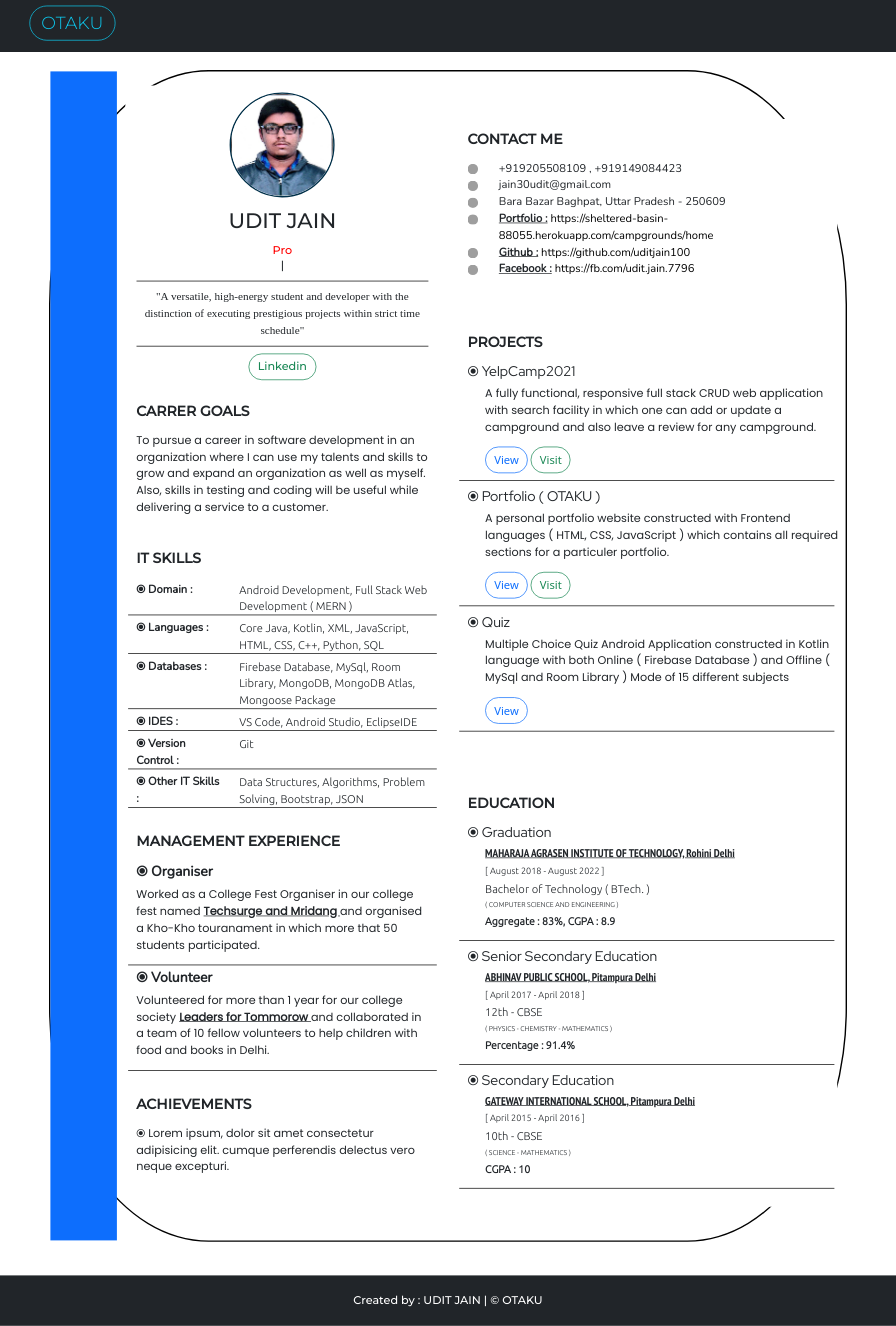
Repository: uditjain100/Responsive-Resume
Page: layouts/index.html
The author's editor kept a copy of each file at every save. The page is drawn from the files as they stood at one save, then again after the next save.
The browser window is 1280 px wide. The pictures show the whole page, at 70% of full size.
Pictures or frames that could not be fetched are drawn as grey boxes. Some web fonts or font styles are not loaded; a fallback is used. Some web libraries are served in a nearby version.

Above is the page before, as saved 2021-03-01 20:53:47.

### layouts/index.html
<!DOCTYPE html>
<html lang="en">
  <head>
    <meta charset="UTF-8" />
    <meta http-equiv="X-UA-Compatible" content="IE=edge" />
    <meta name="viewport" content="width=device-width, initial-scale=1.0" />
    <title>Udit Jain</title>
    <link rel="stylesheet" href="app.css" />
    <link
      href="https://cdn.jsdelivr.net/npm/bootstrap@5.0.0-beta1/dist/css/bootstrap.min.css"
      rel="stylesheet"
      integrity="sha384-giJF6kkoqNQ00vy+HMDP7azOuL0xtbfIcaT9wjKHr8RbDVddVHyTfAAsrekwKmP1"
      crossorigin="anonymous"
    />

    <link rel="preconnect" href="https://fonts.gstatic.com" />
    <link
      href="https://fonts.googleapis.com/css2?family=Montserrat:wght@300;500&display=swap"
      rel="stylesheet"
    />
    <link
      href="https://fonts.googleapis.com/css2?family=Roboto+Slab:wght@300&display=swap"
      rel="stylesheet"
    />
    <link
      href="https://fonts.googleapis.com/css2?family=Spartan:wght@500&display=swap"
      rel="stylesheet"
    />
    <link
      href="https://fonts.googleapis.com/css2?family=Red+Hat+Display&display=swap"
      rel="stylesheet"
    />
    <link
      href="https://fonts.googleapis.com/css2?family=Ubuntu:wght@300&display=swap"
      rel="stylesheet"
    />
    <link
      href="https://fonts.googleapis.com/css2?family=Quicksand:wght@700&display=swap"
      rel="stylesheet"
    />
    <link
      href="https://fonts.googleapis.com/css2?family=Nunito&display=swap"
      rel="stylesheet"
    />
    <link
      href="https://fonts.googleapis.com/css2?family=Akaya+Kanadaka&display=swap"
      rel="stylesheet"
    />
    <link
      href="https://fonts.googleapis.com/css2?family=Akaya+Kanadaka&family=PT+Sans+Narrow:wght@700&display=swap"
      rel="stylesheet"
    />
    <link
      href="https://fonts.googleapis.com/css2?family=Poppins:wght@400&display=swap"
      rel="stylesheet"
    />
  </head>
  <body>
    <header class="header">
      <nav class="navbar navbar-expand-lg navbar-light bg-dark pb-3 fixed-top">
        <div class="container-fluid">
          <a
            id="navtitle"
            class="navbar-brand text-info px-3 rounded-pill border border-info"
            href="#"
            >OTAKU</a
          >
        </div>
      </nav>
    </header>

    <div class="container">
      <div id="wholewindow" class="row">
        <div class="col-1 bg-primary"></div>
        <div id="leftwindow" class="col-5">
          <div id="namebox" style="border: none" class="card">
            <img
              id="profileimg"
              src="profile.jpg"
              class="card-img-top"
              alt="..."
            />
            <div class="card-body">
              <h3 class="card-title" style="font-size: 30px; font-weight: 400">
                UDIT JAIN
              </h3>
              <h6 class="card-subtitle mx-auto"></h6>
              <p id="summary">
                "A versatile, high-energy student and developer with the
                distinction of executing prestigious projects within strict time
                schedule"
              </p>
              <a
                href="https://linkedin.com/in/udit-jain-8a38a016a/"
                class="btn btn-outline-success rounded-pill"
                >Linkedin</a
              >
            </div>
          </div>
          <div id="goalbox" style="border: none" class="card">
            <div class="card-body">
              <h3 class="card-title">CARRER GOALS</h3>
              <p>
                To pursue a career in software development in an organization
                where I can use my talents and skills to grow and expand an
                organization as well as myself. Also, skills in testing and
                coding will be useful while delivering a service to a customer.
              </p>
            </div>
          </div>
          <div id="itskillsbox" style="border: none" class="card">
            <div class="card-body">
              <h3 class="card-title">IT SKILLS</h3>
              <ul class="list-group">
                <li id="itskillsitem" class="row">
                  <span class="col-4" id="que">⦿ Domain : </span>
                  <span class="col-8" id="ans"
                    >Android Development, Full Stack Web Development ( MERN
                    )</span
                  >
                </li>
                <li id="itskillsitem" class="row">
                  <span class="col-4" id="que">⦿ Languages : </span>
                  <span class="col-8" id="ans"
                    >Core Java, Kotlin, XML, JavaScript, HTML, CSS, C++, Python,
                    SQL</span
                  >
                </li>
                <li id="itskillsitem" class="row">
                  <span class="col-4" id="que">⦿ Databases : </span>
                  <span class="col-8" id="ans"
                    >Firebase Database, MySql, Room Library, MongoDB, MongoDB
                    Atlas, Mongoose Package</span
                  >
                </li>
                <li id="itskillsitem" class="row">
                  <span class="col-4" id="que">⦿ IDES : </span>
                  <span class="col-8" id="ans"
                    >VS Code, Android Studio, EclipseIDE</span
                  >
                </li>
                <li id="itskillsitem" class="row">
                  <span class="col-4" id="que">⦿ Version Control : </span>
                  <span class="col-8" id="ans">Git</span>
                </li>
                <li id="itskillsitem" class="row">
                  <span class="col-4" id="que">⦿ Other IT Skills : </span>
                  <span class="col-8" id="ans"
                    >Data Structures, Algorithms, Problem Solving, Bootstrap,
                    JSON</span
                  >
                </li>
              </ul>
            </div>
          </div>
          <div id="managementskillsbox" style="border: none" class="card">
            <div class="card-body">
              <h3 class="card-title">MANAGEMENT EXPERIENCE</h3>
              <ul class="list-group">
                <li id="managementskillsitem" class="row">
                  <h5 id="que" class="display-10">⦿ Organiser</h5>
                  <p>
                    Worked as a College Fest Organiser in our college fest named
                    <span style="font-weight: 700; text-decoration: underline"
                      >Techsurge and Mridang
                    </span>
                    and organised a Kho-Kho touranament in which more that 50
                    students participated.
                  </p>
                </li>
                <li id="managementskillsitem" class="row">
                  <h5 id="que" class="display-10">⦿ Volunteer</h5>
                  <p>
                    Volunteered for more than 1 year for our college society
                    <span style="font-weight: 700; text-decoration: underline"
                      >Leaders for Tommorow </span
                    >and collaborated in a team of 10 fellow volunteers to help
                    children with food and books in Delhi.
                  </p>
                </li>
              </ul>
            </div>
          </div>
          <div id="achievementsbox" style="border: none" class="card">
            <div class="card-body">
              <h3 class="card-title">ACHIEVEMENTS</h3>
              <ul class="list-group">
                <li id="achievementitem" class="row">
                  <p>
                    ⦿ Lorem ipsum, dolor sit amet consectetur adipisicing elit.
                    cumque perferendis delectus vero neque excepturi.
                  </p>
                </li>
              </ul>
            </div>
          </div>
        </div>
        <div id="rightwindow" class="col-6">
          <div id="contactbox" style="border: none" class="card my-5">
            <div class="card-body">
              <h3 class="card-title">CONTACT ME</h3>
              <ul class="list-group">
                <li id="contactitem" class="row">
                  <div class="col-1">
                    <img
                      src="https://cdn.jsdelivr.net/npm/simple-icons@3.0.1/icons/android.svg"
                      alt=""
                    />
                  </div>
                  <div class="col-11">+919205508109 , +919149084423</div>
                </li>
                <li id="contactitem" class="row">
                  <div class="col-1">
                    <img
                      src="https://cdn.jsdelivr.net/npm/simple-icons@3.0.1/icons/gmail.svg"
                      alt=""
                    />
                  </div>
                  <div class="col-11">jain30udit@gmail.com</div>
                </li>
                <li id="contactitem" class="row">
                  <div class="col-1">
                    <img
                      src="https://cdn.jsdelivr.net/npm/simple-icons@3.0.1/icons/googlemaps.svg"
                      alt=""
                    />
                  </div>
                  <div class="col-11">
                    Bara Bazar Baghpat, Uttar Pradesh - 250609
                  </div>
                </li>
                <li id="contactitem" class="row">
                  <div class="col-1">
                    <img
                      src="https://cdn.jsdelivr.net/npm/simple-icons@4.13.0/icons/webpack.svg"
                      alt=""
                    />
                  </div>
                  <div style="text-align: left; margin-left: 0" class="col-11">
                    <span style="text-decoration: underline; font-weight: 800"
                      >Portfolio :</span
                    >
                    <a
                      href="https://sheltered-basin-88055.herokuapp.com/campgrounds/home"
                      ><span
                        >https://sheltered-basin-88055.herokuapp.com/campgrounds/home</span
                      ></a
                    >
                  </div>
                </li>
                <li id="contactitem" class="row">
                  <div class="col-1">
                    <img
                      src="https://cdn.jsdelivr.net/npm/simple-icons@4.13.0/icons/github.svg"
                      alt=""
                    />
                  </div>
                  <div style="text-align: left; margin-left: 0" class="col-11">
                    <span style="text-decoration: underline; font-weight: 800"
                      >Github :</span
                    >
                    <a href="https://github.com/uditjain100"
                      ><span>https://github.com/uditjain100</span></a
                    >
                  </div>
                </li>
                <li id="contactitem" class="row">
                  <div class="col-1">
                    <img
                      src="https://cdn.jsdelivr.net/npm/simple-icons@4.13.0/icons/facebook.svg"
                      alt=""
                    />
                  </div>
                  <div style="text-align: left; margin-left: 0" class="col-11">
                    <span style="text-decoration: underline; font-weight: 800"
                      >Facebook :</span
                    >
                    <a href="https://fb.com/udit.jain.7796"
                      ><span>https://fb.com/udit.jain.7796</span></a
                    >
                  </div>
                </li>
              </ul>
            </div>
          </div>
          <div id="projectbox" style="border: none" class="card my-5">
            <div class="card-body">
              <h3 class="card-title">PROJECTS</h3>
              <ul class="list-group">
                <li id="projectitem" class="row">
                  <h5 id="projecttitle" class="display-10">⦿ YelpCamp2021</h5>
                  <div id="projectdetails">
                    <p>
                      A fully functional, responsive full stack CRUD web
                      application with search facility in which one can add or
                      update a campground and also leave a review for any
                      campground.
                    </p>
                    <span>
                      <a href="" class="btn btn-outline-primary rounded-pill"
                        >View</a
                      >
                      <a href="" class="btn btn-outline-success rounded-pill"
                        >Visit</a
                      >
                    </span>
                  </div>
                </li>
                <li id="projectitem" class="row">
                  <h5 id="projecttitle" class="display-10">
                    ⦿ Portfolio ( OTAKU )
                  </h5>
                  <div id="projectdetails">
                    <p>
                      A personal portfolio website constructed with Frontend
                      languages ( HTML, CSS, JavaScript ) which contains all
                      required sections for a particuler portfolio.
                    </p>
                    <span>
                      <a
                        href="https://github.com/uditjain100/YelpCamp2021"
                        class="btn btn-outline-primary rounded-pill"
                        >View</a
                      >
                      <a
                        href="https://sheltered-basin-88055.herokuapp.com/campgrounds/home"
                        class="btn btn-outline-success rounded-pill"
                        >Visit</a
                      >
                    </span>
                  </div>
                </li>
                <li id="projectitem" class="row">
                  <h5 id="projecttitle" class="display-10">⦿ Quiz</h5>
                  <div id="projectdetails">
                    <p>
                      Multiple Choice Quiz Android Application constructed in
                      Kotlin language with both Online ( Firebase Database ) and
                      Offline ( MySql and Room Library ) Mode of 15 different
                      subjects
                    </p>
                    <span>
                      <a
                        href="https://github.com/uditjain100/Quiz"
                        class="btn btn-outline-primary rounded-pill"
                        >View</a
                      >
                    </span>
                  </div>
                </li>
              </ul>
            </div>
          </div>
          <div id="educationbox" style="border: none" class="card my-5">
            <div class="card-body">
              <h3 class="card-title">EDUCATION</h3>
              <ul class="list-group">
                <li id="educationitem" class="row">
                  <h5 id="educationtitle" class="display-10">⦿ Graduation</h5>
                  <div id="details" style="margin-left: 25px">
                    <h6
                      id="institutename"
                      style="font-family: 'PT Sans Narrow'"
                      class="display-12"
                    >
                      MAHARAJA AGRASEN INSTITUTE OF TECHNOLOGY, Rohini Delhi
                    </h6>
                    <h6
                      class="text-fade"
                      id="timestamp"
                      style="font-weight: 400"
                    >
                      [ August 2018 - August 2022 ]
                    </h6>
                    <h6 id="stream">Bachelor of Technology ( BTech. )</h6>
                    <h6 id="subjects">( COMPUTER SCIENCE AND ENGINEERING )</h6>
                    <h6 id="marks">Aggregate : 83%, CGPA : 8.9</h6>
                  </div>
                </li>
                <li id="educationitem" class="row">
                  <h5 id="educationtitle" class="display-10">
                    ⦿ Senior Secondary Education
                  </h5>
                  <div id="details" style="margin-left: 25px">
                    <h6
                      id="institutename"
                      style="font-family: 'PT Sans Narrow'"
                      class="display-12"
                    >
                      ABHINAV PUBLIC SCHOOL, Pitampura Delhi
                    </h6>
                    <h6
                      class="text-fade"
                      id="timestamp"
                      style="font-weight: 400"
                    >
                      [ April 2017 - April 2018 ]
                    </h6>
                    <h6 id="stream">12th - CBSE</h6>
                    <h6 id="subjects">( PHYSICS - CHEMISTRY - MATHEMATICS )</h6>
                    <h6 id="marks">Percentage : 91.4%</h6>
                  </div>
                </li>
                <li id="educationitem" class="row">
                  <h5 id="educationtitle" class="display-10">
                    ⦿ Secondary Education
                  </h5>
                  <div id="details" style="margin-left: 25px">
                    <h6
                      id="institutename"
                      style="font-family: 'PT Sans Narrow'"
                      class="display-12"
                    >
                      GATEWAY INTERNATIONAL SCHOOL, Pitampura Delhi
                    </h6>
                    <h6
                      class="text-fade"
                      id="timestamp"
                      style="font-weight: 400"
                    >
                      [ April 2015 - April 2016 ]
                    </h6>
                    <h6 id="stream">10th - CBSE</h6>
                    <h6 id="subjects">( SCIENCE - MATHEMATICS )</h6>
                    <h6 id="marks">CGPA : 10</h6>
                  </div>
                </li>
              </ul>
            </div>
          </div>
        </div>
      </div>
    </div>

    <footer class="footer bg-dark mt-5 py-4">
      <div class="container">
        <span class="" style="text-align: center"
          >Created by : UDIT JAIN | &copy; OTAKU</span
        >
      </div>
    </footer>

    <script
      src="https://cdn.jsdelivr.net/npm/@popperjs/core@2.6.0/dist/umd/popper.min.js"
      integrity="sha384-KsvD1yqQ1/1+IA7gi3P0tyJcT3vR+NdBTt13hSJ2lnve8agRGXTTyNaBYmCR/Nwi"
      crossorigin="anonymous"
    ></script>
    <script
      src="https://cdn.jsdelivr.net/npm/bootstrap@5.0.0-beta2/dist/js/bootstrap.min.js"
      integrity="sha384-nsg8ua9HAw1y0W1btsyWgBklPnCUAFLuTMS2G72MMONqmOymq585AcH49TLBQObG"
      crossorigin="anonymous"
    ></script>

    <script src="https://cdnjs.cloudflare.com/ajax/libs/typed.js/2.0.11/typed.min.js"></script>

    <script src="app.js"></script>
  </body>
</html>

### layouts/app.css
/* * Common Section */

@keyframes transitionIn {
  from {
    opacity: 0;
    transform: rotateY(-10deg);
  }
  to {
    opacity: 1;
    transform: rotateY(0);
  }
}

html {
  animation: transitionIn 1s;
}

/* * Navbar Section */

#navtitle {
  font-family: "Montserrat";
  font-size: 25px;
  font-weight: 300;
  margin-left: 30px;
}

/*  ********************* resume work */

#wholewindow {
  margin-top: 100px;
  border: 2px black solid;
  border-radius: 20%;
  display: flex;
  flex-direction: row;
  flex-wrap: wrap;
  justify-content: space-evenly;
  /* align-items: center; */
}

#leftwindow,
#rightwindow {
  margin-top: 20px;
  min-width: 300px;
}

#namebox {
  display: flex;
  flex-direction: column;
  flex-wrap: wrap;
  align-items: center;
  text-align: center;
  font-family: "Montserrat";
}

#profileimg {
  width: 150px;
  height: 150px;
  border-radius: 50%;
  border: 2px #003049 solid;
  margin-top: 10px;
}
#summary {
  font-family: "Akaya Kanadaka";
  margin-top: 10px;
  margin-bottom: 10px;
  padding-top: 10px;
  padding-bottom: 10px;

  border-bottom: 1px black solid;
  border-top: 1px black solid;
}

.card-subtitle {
  color: red;
}

#itskillsitem,
#managementskillsitem {
  border-bottom: 1px black solid;
  margin-top: 3px;
  margin-bottom: 3px;
}

#que {
  font-family: "Nunito";
  font-weight: 900;
  text-align: left;
}

#ans {
  font-family: "Ubuntu";
  font-weight: 400;
  text-align: left;
}

li img {
  width: 15px;
  height: 15px;
  border-radius: 50%;
  margin-right: 5px;
}

#contactitem {
  font-family: "Nunito";
}

#contactitem div a {
  color: black;
  text-decoration: none;
  transition: 0.3s;
}

#contactitem div a:hover {
  color: dodgerblue;
  text-decoration: underline;
}

#educationtitle {
  font-family: "Red Hat Display";
  font-weight: 200;
}

#educationitem,
#projectitem {
  margin-bottom: 10px;
  padding-bottom: 10px;
  border-bottom: 1px black solid;
}

#details {
  font-family: "Ubuntu";
}

#institutename {
  text-decoration: underline;
}

#timestamp {
  font-size: 13px;
}

#stream {
  font-size: 16px;
  font-weight: 400;
}

#subjects {
  font-size: 10px;
  font-weight: 300;
}

#marks {
  font-size: 15px;
  font-weight: 700;
}

#projecttitle {
  font-family: "Red Hat Display";
  font-weight: 400;
}

#projectdetails {
  margin-left: 25px;
}

p {
  font-family: "Poppins";
}

.card {
  background-color: black;
}

.card-title {
  font-family: "Montserrat";
  font-weight: 900;
  font-size: 20px;
  padding-bottom: 10px;
  border: none;
}

/* * Common Section */

.footer {
  position: -webkit-sticky;
  left: 0;
  bottom: 0;
  width: 100%;
  color: white;
  text-align: center;
  font-family: "Montserrat";
}

### layouts/app.js
var typed = new Typed(".card-subtitle", {
  strings: ["Student", "Programmer", "Developer", "Engineer"],
  typeSpeed: 100,
  backSpeed: 60,
  loop: true,
});

After the next save:
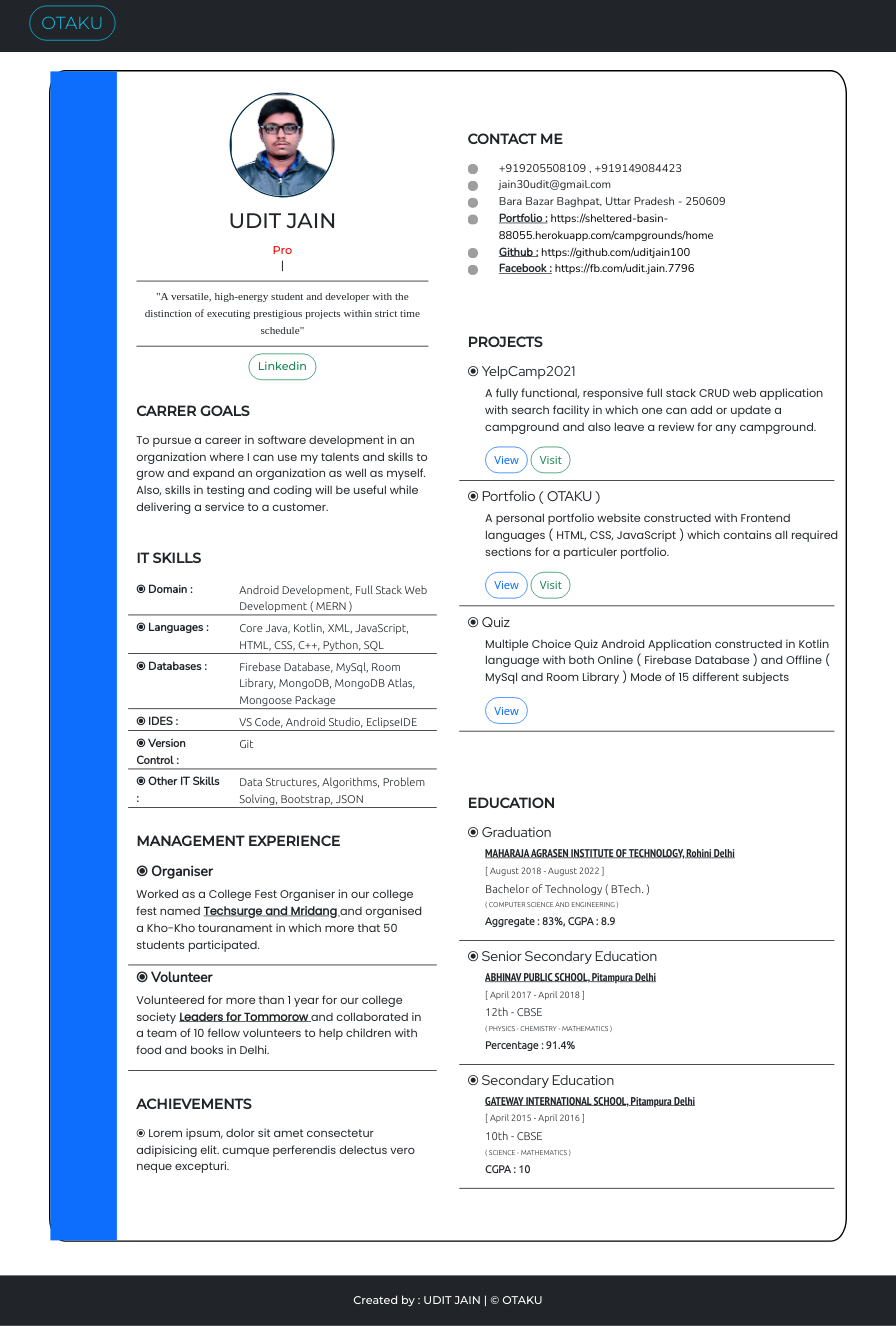
Saved 8 s later.
--- a/layouts/app.css
+++ b/layouts/app.css
@@ -29,7 +29,7 @@ html {
 #wholewindow {
   margin-top: 100px;
   border: 2px black solid;
-  border-radius: 20%;
+  border-radius: 2%;
   display: flex;
   flex-direction: row;
   flex-wrap: wrap;
